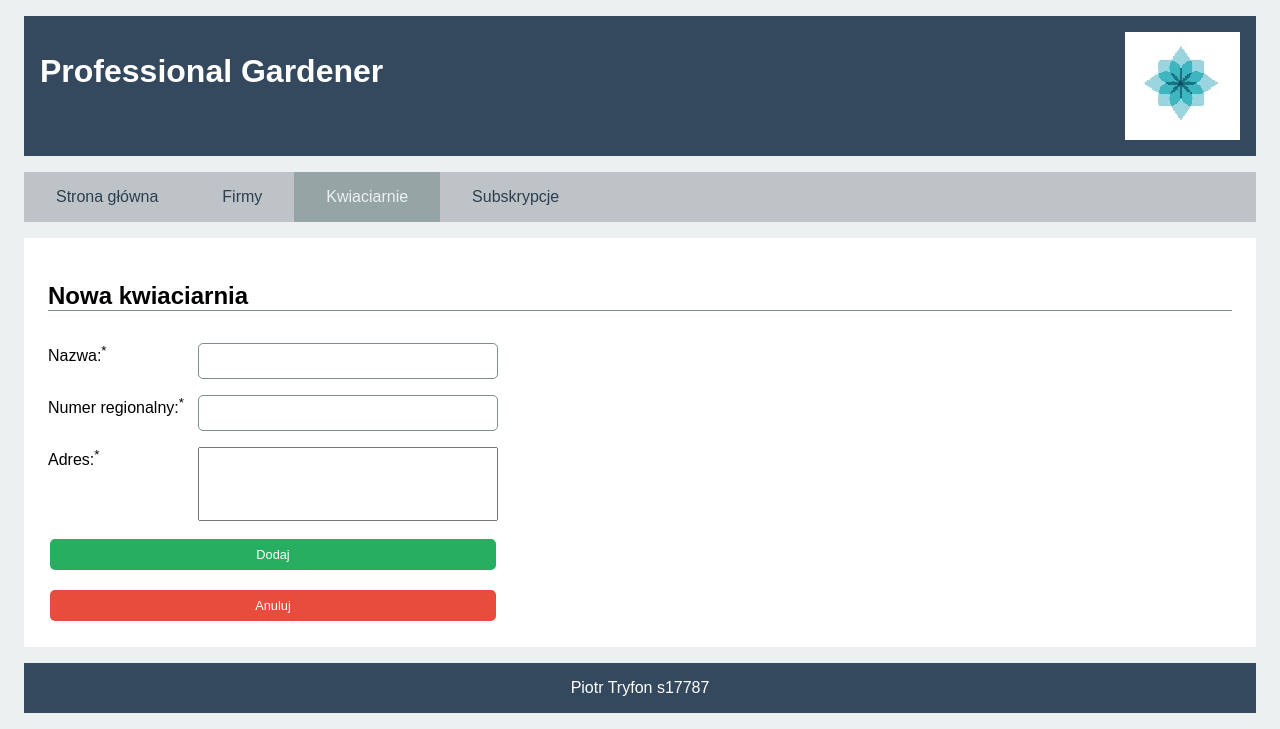
Repository: s17787/TIN
Page: tin_zaoczne_12_s17787_html-css/pages/florist-form.html
An editor plug-in stored every save of this project. The page is shown before and after a run of saves, followed by the edit.
The browser window is 1280 px wide. The pictures show the whole page.

Above is the page before, as saved 2021-01-06 09:37:16.

### tin_zaoczne_12_s17787_html-css/pages/florist-form.html
<!DOCTYPE html>
<html lang="pl-PL">
<head>
    <meta charset="UTF-8">
    <meta name="viewport" content="width=device-width, initial-scale=1.0">
    <title>Professional Gardener</title>
    <link rel="stylesheet" href="../css/style.css" type="text/css"/>
    <script type="application/javascript" src="js/validationCommon.js"></script>
</head>
<body>
    <header>
        <h1>Professional Gardener</h1>
        <img src="../images/logo.jpg" alt="Professional Gardener">
    </header>
    <nav>
        <ul>
            <li><a href="../index.html" >Strona główna</a></li>
            <li><a href="client-list.html" >Firmy</a></li>
            <li><a href="florist-list.html" class="active">Kwiaciarnie</a></li>
            <li><a href="subscription-list.html" >Subskrypcje</a></li>
        </ul>
    </nav>
    <main>
        <h2>Nowa kwiaciarnia</h2>
        <form class="form">
            <!--<div class="form-group">-->
                <label for="Name">Nazwa:<sup>*</sup></label>
                <input type="text" name="Name" id="Name" />
            <!--</div>-->
            <!--<div class="form-group">-->
                <label for="regio_number">Numer regionalny:<sup>*</sup></label>
                <input type="text" name="regio_number" id="regio_number" />
            <!--</div>-->
            <!--<div class="form-group">-->
                <label for="Adres">Adres:<sup>*</sup></label>
                <textarea type="text" name="Adres" id="Adres" rows="4" cols="10" style="resize: none;"></textarea>
            <!--</div>-->
            <!--<div class="form-group">-->
                <p><a href="florist-list.html" class="form-button-submit" >Dodaj</a></p>
                <p><a href="florist-list.html" class="form-button-cancel" >Anuluj</a></p>
            <!--</div>-->
        </form>
    </main>
    <footer>
        Piotr Tryfon s17787
    </footer>
</body>
</html>

### tin_zaoczne_12_s17787_html-css/css/style.css
html {
    background-color: #ecf0f1;
    font-family: sans-serif;
}

body {
    min-width: 360px;
  }

header,
main,
footer {
    background-color: white;
}

header,
main,
footer,
nav {
    margin: 1rem;
}

header,
footer {
    background-color: #34495e;
    color: white;
    padding: 1rem;
}

header {
    display: flex;
    justify-content: space-between;
}

nav {
    background-color: #bdc3c7;
}

nav ul {
    display: flex;
    padding: 0;
    list-style-type: none;
}

nav ul li a {
    display: inline-block;
    color: #2c3e50;
    padding: 1rem 2rem;
    text-decoration: none;
}

nav ul li a:hover {
    background-color: #d35400;
    color: #ecf0f1;
}

nav ul li a.active {
    background-color: #95a5a6;
    color: #ecf0f1;
}

main {
    padding: 1.5rem;
}

footer {
    text-align: center;
}

main h2 {
    border-bottom: 1px solid #7f8c8d;
    margin-bottom: 2rem;
}

.table-list {
    border-collapse: collapse;
    color:#2c3e50;
    width: 100%;
}

.table-list,
.table-list th,
.table-list td {
    border: 1px solid #bdc3c7;
}

.table-list th,
.table-list td {
    padding: 0.5rem;
}

.table-list th,
.table-list tbody tr:nth-child(even) {
    background-color: #ecf0f1;
}

.list-actions {
    margin: 0;
    text-align: center;
    list-style-type: none;
    padding: 0;
}

.list-actions li {
    display: inline-block;
    margin: 0.2em;
}

.list-actions-button-details,
.list-actions-button-edit,
.list-actions-button-delete {
    display: inline-block;
    width: 75px;
    padding: 0.25rem 0.5rem;
}

.list-actions-button-details,
.list-actions-button-edit,
.list-actions-button-delete,
.button-add,
.form-button-submit,
.form-button-cancel {
    border: none;
    border-radius: 5px;
    color: white;
    text-decoration: none;
    text-align: center;
    font-size: 0.8rem;
}

.list-actions-button-details,
.list-actions-button-edit {
    margin-right: 1rem;
}

.list-actions-button-details {
    background-color: #2980b9;
}
.list-actions-button-details:hover {
    background-color: #3498db;
}

.list-actions-button-edit {
    background-color: #f39c12;
}

.list-actions-button-edit:hover {
    background-color: #f1c40f;
}

.form-button-cancel,
.list-actions-button-delete {
    background-color: #c0392b;
}

.form-button-cancel,
.list-actions-button-delete:hover {
    background-color: #e74c3c;
}

.button-add,
.form-button-submit,
.form-button-cancel {
    padding: 0.5rem 1rem;
}

.button-add,
.form-button-submit {
    background-color: #27ae60;
}

.button-add:hover,
.form-button-submit:hover {
    background-color: #2ecc71;
}

button,
input,
select,
textarea {
    font-family: inherit;
    font-size: 100%;
    box-sizing: border-box;
    padding: 0; margin: 0;
}

textarea {
    overflow: auto;
}

.form {
    display: grid;
    grid-template-columns: 150px 300px;
    row-gap: 1rem;
}

.form select,
.form input[type="text"],
.form input[type="number"],
.form input[type="date"],
.form input[type="email"] {
    border: 1px solid #7f8c8d;
    color:#2c3e50;
    border-radius: 5px;
    padding: 0.5rem;
    width: 100%;
}

.form label {
    display: block;
    margin-bottom: 0.5em;
}

.form-group {
    margin-bottom: 1rem;
}

abbr[title='required'] {
    color: #c0392b;
}

.form p {
    grid-column-start: 1;
    grid-column-end: -1;
    margin: 0.1em;
}

.form span {
    grid-column-start: -2;
    grid-column-end: -1;
    margin: 0.1em;
}

.form-button-submit,
.form-button-cancel {
    width: 100%;
}

.form-button-submit,
.form-button-cancel {
    box-sizing: border-box;
    display: block;
}

.form-button-submit {
    margin-bottom: 0.1rem;
}

@media all and (max-width:720px) {
    header {
        flex-direction: column;
    }

    header h1 {
        text-align: center;
    }

    header img {
        align-self: center;
    }
}

@media all and (max-width: 400px) {
    body,
    nav,
    nav ul,
    header,
    main,
    footer {
        margin: 0;
    }
}

@media all and (max-width:720px) {
    nav ul {
        flex-wrap: wrap;
    }

    nav ul li {
        flex-basis: 50%;
        text-align: center;
    }

    nav ul li a {
        display: block;
    }
}

@media all and (max-width: 400px) {
    nav ul li {
        flex-basis: 100%;
    }
}

@media all and (max-width: 720px) {
    .form {
        grid-template-columns: 1fr;
        row-gap:unset;
        margin-left: unset;
        row-gap: 0.3rem;
    }

    .form input[type="text"],
    .form input[type="number"],
    .form input[type="date"],
    .form select {
        margin-bottom: 1rem;
    }
}

Loaded but not shown: tin_zaoczne_12_s17787_html-css/js/validationCommon.js (no stored copy; drawn as an empty file)

After the next 2 saves:
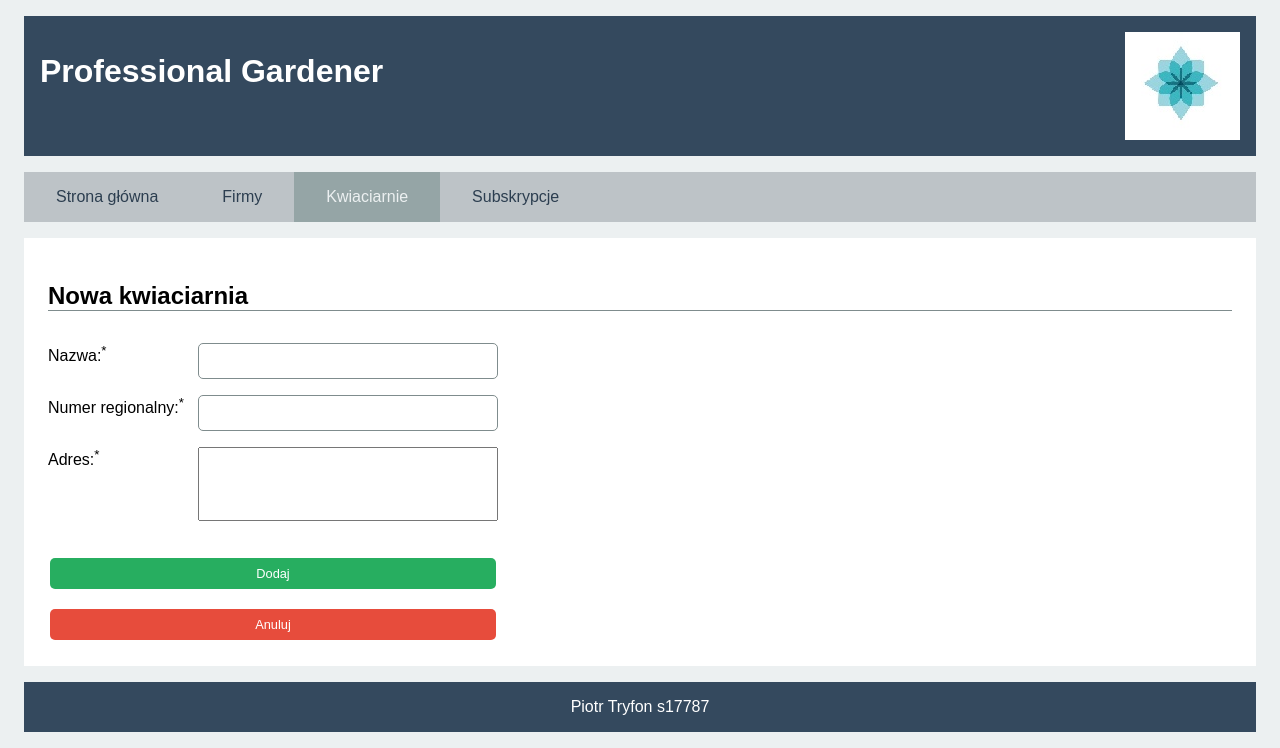
The 2 saves are shown as one change because they came seconds apart.
The last was saved 12 s later.
--- a/tin_zaoczne_12_s17787_html-css/pages/florist-form.html
+++ b/tin_zaoczne_12_s17787_html-css/pages/florist-form.html
@@ -34,6 +34,7 @@
             <!--<div class="form-group">-->
                 <label for="Adres">Adres:<sup>*</sup></label>
                 <textarea type="text" name="Adres" id="Adres" rows="4" cols="10" style="resize: none;"></textarea>
+                <span id="errorAdres" class="errors-text"></span>
             <!--</div>-->
             <!--<div class="form-group">-->
                 <p><a href="florist-list.html" class="form-button-submit" >Dodaj</a></p>
